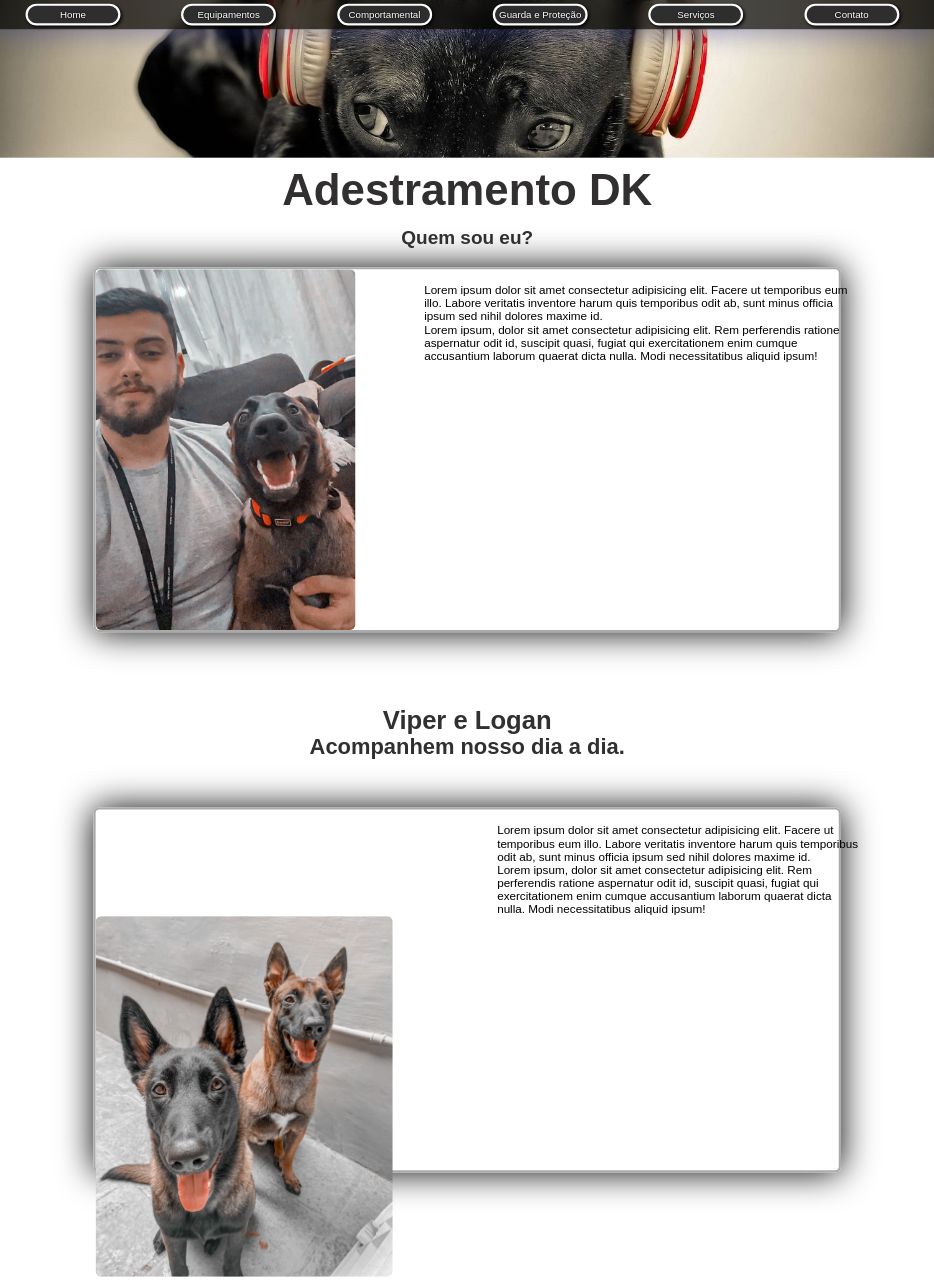
Repository: KevynMarques/Blog-React-StyledComponent
Page: /
An editor plug-in stored every save of this project. The page is shown before and after the next save, followed by the edit.
The browser window is 1280 px wide. The pictures show the whole page, at 73% of full size.
The project was rebuilt for these pictures with package versions that can differ from the ones it lists, and the page was loaded fresh each time.

Above is the page before, as saved 2022-02-01 19:08:52.

### src/App.js
import Header from './Components/Header/index'
import Home from './Components/Home';
import Sobre from './Components/Sobre';

import { GlobalStyle } from './GlobalStyle';

function App() {
  return (
    <>
    <Home />
    <Header />
    <Sobre />
    <GlobalStyle/>
    </>
  );
}

export default App;

### src/Components/Header/index.jsx
import { Baner } from "./style";
import Dog from '../Image/Dog.png'

export default () => {

  return (

    <>
      <Baner>
       <img src={Dog} />
     </Baner>
    </>

  );

}

### src/Components/Home/index.jsx
import { Home } from "./Style"

export default () => {
  return (

    <Home>
      <button>Home</button>
      <button>Equipamentos</button>
      <button>Comportamental</button>
      <button>Guarda e Proteção</button>
      <button>Serviços</button>
      <button>Contato</button>
    </Home>
  );
}

### src/Components/Sobre/index.jsx
import { Sobre, Tittle, Dogs} from "./style"
import Foto from '../Image/foto.png'
import LV from '../Image/LV.jpg';

export default () => {
  return (
<>
   <Tittle>
    <h1>Adestramento DK</h1>
      <h2>Quem sou eu?</h2>
    </Tittle>


  <Sobre>
    <section>
    <p>Lorem ipsum dolor sit amet consectetur adipisicing elit. Facere ut temporibus eum illo. Labore veritatis inventore harum quis temporibus odit ab, sunt minus officia ipsum sed nihil dolores maxime id.
      <br></br>
    Lorem ipsum, dolor sit amet consectetur adipisicing elit. Rem perferendis ratione aspernatur odit id, suscipit quasi, fugiat qui exercitationem enim cumque accusantium laborum quaerat dicta nulla. Modi necessitatibus aliquid ipsum!
    </p>
       <div>
        <img src={Foto} />
       </div>
    </section>
  </Sobre>


  <Tittle>
      <h3>Viper e Logan</h3>
      <p>Acompanhem nosso dia a dia.</p>
    </Tittle>

<Dogs>
<section>
    <p>Lorem ipsum dolor sit amet consectetur adipisicing elit. Facere ut temporibus eum illo. Labore veritatis inventore harum quis temporibus odit ab, sunt minus officia ipsum sed nihil dolores maxime id.
      <br></br>
    Lorem ipsum, dolor sit amet consectetur adipisicing elit. Rem perferendis ratione aspernatur odit id, suscipit quasi, fugiat qui exercitationem enim cumque accusantium laborum quaerat dicta nulla. Modi necessitatibus aliquid ipsum!
    </p>
       <div>
        <img src={LV} />
       </div>
    </section>
</Dogs>

</>

  );
}

### src/GlobalStyle.js
import { createGlobalStyle } from 'styled-components';

 export const GlobalStyle = createGlobalStyle`
  * {
    margin: 0;
    padding: 0;
    box-sizing: border-box;
  }
`;

### src/Components/Header/style.jsx
import styled from "styled-components";

export const Baner= styled.div `
  width: 100%;
  height: 30vh;


    img {
    width: 100%;
    height: 100%;
    object-fit: cover;

    }
`;

### src/Components/Home/Style.jsx
import styled from "styled-components";


export const  Home  = styled.div `
     width: 100vw;
     height: 40px;
     margin: 0;
     position: fixed;
     z-index: 99999;
     background: rgba( 0, 0, 0, 0.7 );
     box-shadow: 0 8px 32px 0 rgba( 31, 38, 135, 0.37 );
     backdrop-filter: blur( 7.5px );
     -webkit-backdrop-filter: blur( 7.5px );
     color:white;
     display: flex;
     align-items: center;
     justify-content: center;

     button {
font-family: Arial, Helvetica, sans-serif;
font-style:normal;
color:#ffffff;
background:#2e2e2e;
border:3px solid #ffffff;
text-shadow:0px -1px 3px #000000;
box-shadow:2px 2px 5px #000000;
-moz-box-shadow:2px 2px 5px #000000;
-webkit-box-shadow:2px 2px 5px #000000;
border-radius:25px 25px 25px 25px;
-moz-border-radius:25px 25px 25px 25px;
-webkit-border-radius:25px 25px 25px 25px;
width:130px;
height: 30px;

cursor:pointer;
margin:0 auto;
margin-left: 35px;

}

`;

### src/Components/Sobre/style.jsx
import styled from "styled-components";


export const Tittle = styled.h1`
@import url('https://fonts.googleapis.com/css2?family=Prompt:ital,wght@1,300&display=swap');
color: #312f2f;
font-size: 30px;
font-family: 'Prompt', sans-serif;
text-align: center;
height: 40px;
margin-top: 10px;

      h2 {
      font-size:26px ;
      margin-top: 15px;
      }
`;

export const  Sobre  = styled.section `
  height: 500px;
  border: solid 3px #aaaaaa;
  width: 80vw;
  margin: 100px  10%;
  border-radius: 8px;
  box-shadow: 0 0 3em Black;

  div {
    width: 35%;
    height:494px;
  }

  img {
    object-fit: cover;
    width: 100%;
    height: 100%;
    border-radius: 8px;
  }

p {
    position: absolute;
    width: 600px;
    margin-left: 450px;
    margin-top: 20px;
    font-size: 16px;
    font-family: Arial, Helvetica, sans-serif;
  }
`;



export const  Dogs  = styled.section `
  height: 500px;
  border: solid 3px #aaaaaa;
  width: 80vw;
  margin: 100px  10%;
  border-radius: 8px;
  box-shadow: 0 0 3em Black;

  div {
    width: 40%;
    height:494px;
  }

  img {
    object-fit: cover;
    width: 100%;
    height: 100%;
    border-radius: 8px;
  }

p {

    width: 500px;
    margin-left: 550px;
    margin-top: 20px;
    font-size: 16px;
    font-family: Arial, Helvetica, sans-serif;
  }
`;

Loaded but not shown: public/index.html (common file); src/index.js (common file)

After the next save:
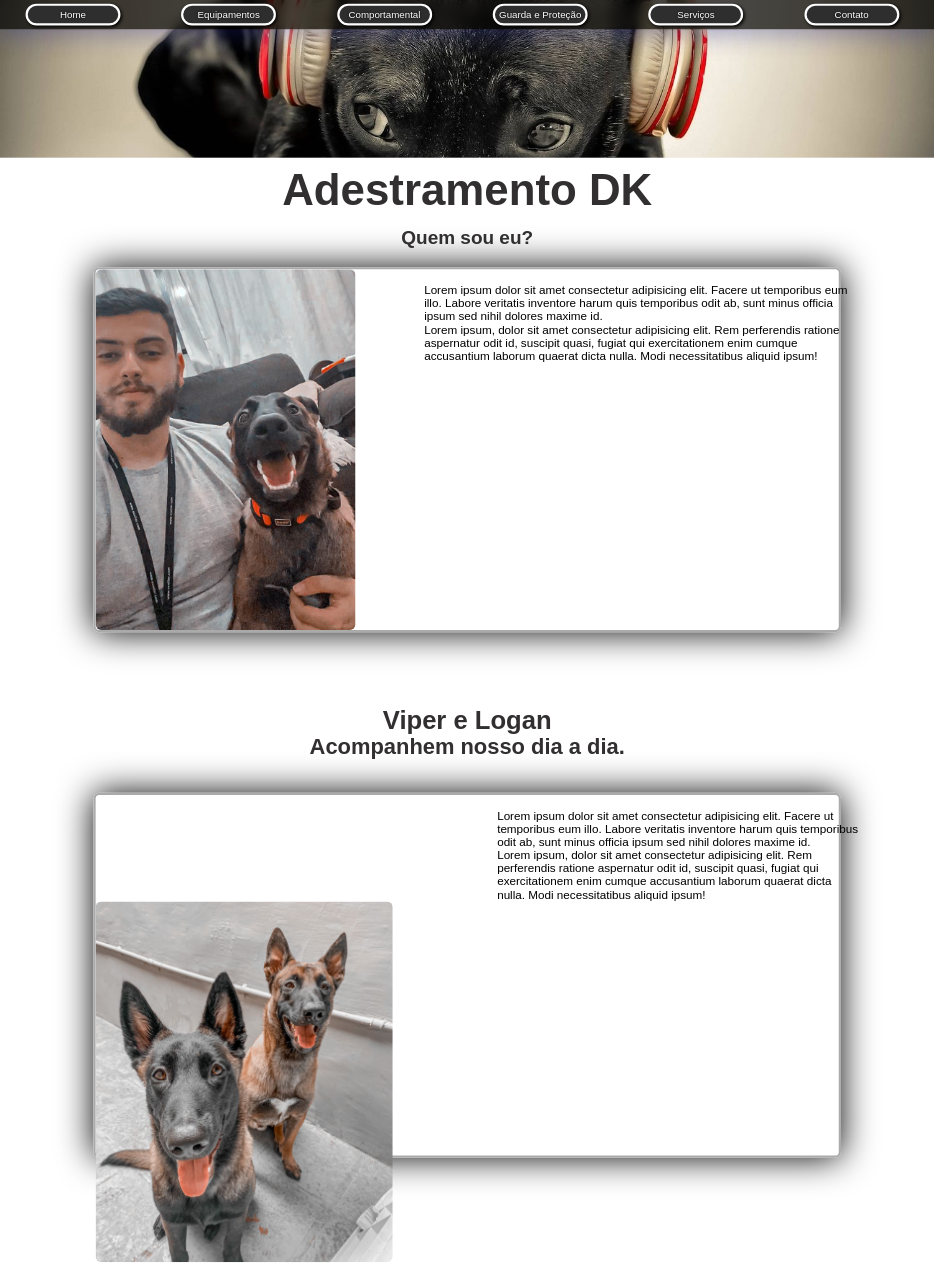
Saved 44 s later.
--- a/src/Components/Sobre/style.jsx
+++ b/src/Components/Sobre/style.jsx
@@ -52,7 +52,7 @@ export const  Dogs  = styled.section `
   height: 500px;
   border: solid 3px #aaaaaa;
   width: 80vw;
-  margin: 100px  10%;
+  margin: 80px  10%;
   border-radius: 8px;
   box-shadow: 0 0 3em Black;
 
